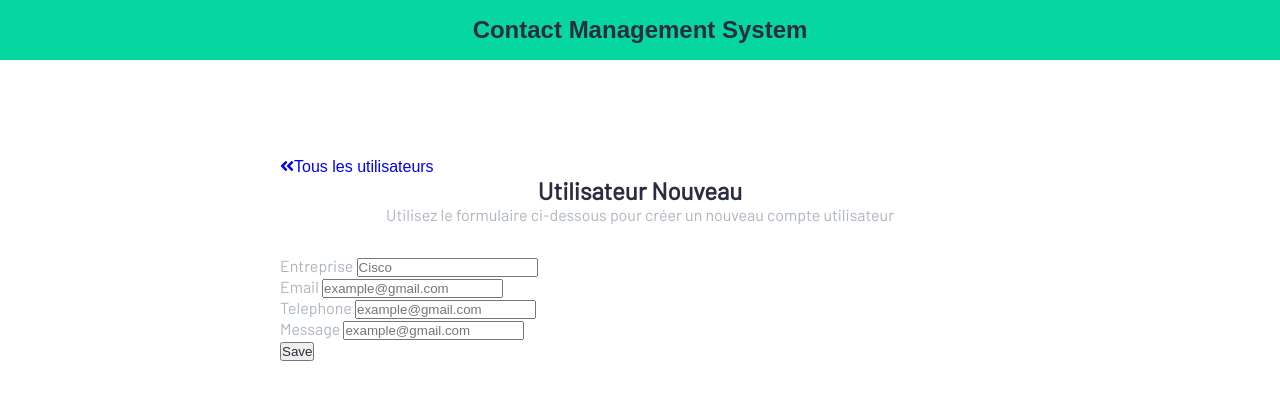
Repository: mohamed-makrani/Global_Development_Service_DBMS
Page: DBMS/views/add_user.html
These files come from the project's save history. The page is drawn as it stood at one moment and after a run of saves; the edit follows.
The browser window is 1280 px wide. The pictures show the whole page.
Some web fonts or font styles are not loaded; a fallback is used.

Above is the page before, as saved 2024-04-22 19:07:21.

### DBMS/views/add_user.html
<!DOCTYPE html>
<html lang="en">
<head>
    <meta charset="UTF-8">
    <meta name="viewport" content="width=device-width, initial-scale=1.0">
    <title>Management System</title>

    <link rel="stylesheet" href="https://cdnjs.cloudflare.com/ajax/libs/font-awesome/5.15.1/css/all.min.css" integrity="sha512-+4zCK9k+qNFUR5X+cKL9EIR+ZOhtIloNl9GIKS57V1MyNsYpYcUrUeQc9vNfzsWfV28IaLL3i96P9sdNyeRssA==" crossorigin="anonymous" />
    <link rel="stylesheet" href="../assets/css/style.css">
</head>
<body>

    <!-- Header -->
        <header id="header">
            <nav>
                <div class="container">
                    <div class="text-center">
                        <a href="/" class="nav-brand text-dark"> Contact Management System </a>
                    </div>
                </div>
            </nav>
        </header>
    <!-- /Header -->
        <!-- Main Site -->
        <main id="site-main">
            <div class="container">
                <div class="box-nav d-flex justify-between">

                    <div class="filter">
                        <a href="/"><i class="fas fa-angle-double-left"></i>Tous les utilisateurs</a>
                    </div>
                </div>

                <div class="form-title text-center">
                    <h2 class="text-dark">Utilisateur Nouveau</h2>
                    <span class="text-light">Utilisez le formulaire ci-dessous pour créer un nouveau compte utilisateur</span>
                </div>

                <!-- form handling -->
                <form method="POST" id="update_user">
                    <div class="new_user">
                        <div class="form-group">
                            <label for="entreprise" class="text-light">Entreprise</label>
                            <input type="hidden" name="id" value="">
                            <input type="text" name="entreprise" value="" placeholder="Cisco">
                        </div>
                        <div class="form-group">
                            <label for="Email" class="text-light">Email</label>
                            <input type="text" name="email" value="" placeholder="example@gmail.com">
                        </div>

                        <div class="form-group">
                            <label for="telephone" class="text-light">Telephone</label>
                            <input type="text" name="telephone" value="" placeholder="example@gmail.com">
                        </div>

                        <div class="form-group">
                            <label for="message" class="text-light">Message</label>
                            <input type="text" name="message" value="" placeholder="example@gmail.com">
                        </div>



                        <div class="form-group">
                            <button type="submit" class="btn text-dark update">Save</button>
                        </div>

                    </div>

                </form>
            </div>
        </main>
    <!-- /Main Site -->

### DBMS/assets/css/style.css
@import url('https://fonts.googleapis.com/css2?family=Barlow&family=PT+Sans&display=swap');

:root {
    --dark: #2b2d42;
    --light: #adb5bd;
    --border: #dee2e6;
    --border-btn: #edf2f4;
}

* {
    padding: 0;
    margin: 0;
    box-sizing: border-box;
}

a {
    text-decoration: none;
    font-family: 'PT Sans', sans-serif;
}

.container {
    max-width: 720px;
    margin: auto;
}

.nav-brand {
    font-size: 1.5em;
    font-weight: bold;
}

.d-flex {
    display: flex;
    flex-wrap: wrap;
}

.justify-between {
    justify-content: space-between;
}

.text-center {
    text-align: center;
}

.border-shadow {
    border: 1px solid var(--border-btn);
    box-shadow: 1px 3px 10px #e9ecef;
}

.text-dark {
    color: var(--dark);
}

.inline {
    display: inline-block;
}

.text-light {
    color: var(--light);
}

.text-gradient {
    background: linear-gradient(to right, #8e2de2, #4a00e0);
    -webkit-background-clip: text;
    background-clip: text;
    -webkit-text-fill-color: transparent;
}

#header nav {
    background-color: #06d6a0;
    padding: 1em 0;
    width: 100%;
}

#site-main {
    margin-top: 6em;
    font-family: 'Barlow', sans-serif;
}

#site-main .container .box-nav > a {
    font-size: 1em;
    padding: .5em 1em;
}

#site-main .container form {
    margin: 2em 0;
}

table {
    border-spacing: 0px;
    width: 100%;
}

.table td,
.table th {
    padding: 1.5em; /* Adjust padding to add space */
    vertical-align: top;
    text-align: center;
    border-top: 1px solid var(--border);
}

.table td > a.btn {
    display: inline-block;
    vertical-align: middle;
    margin-right: 0.2em;
}

.table tr {
    height: 3em;
}

.table tr:hover {
    background-color: #06d6a0;
}

.table tr:hover td > a {
    box-shadow: none;
}

.table .thead-dark th {
    color: #fff;
    background-color: var(--dark);
    border-color: #32383e;
}

@media only screen and (max-width: 1024px) {
    table,
    thead,
    tbody,
    th,
    td,
    tr {
        display: block;
    }

    thead tr {
        position: absolute;
        top: -9999px;
        left: -9999px;
    }

    tr {
        border: 1px solid var(--border);
    }

    td {
        border: none;
        position: relative;
    }
}

After the next 5 saves:
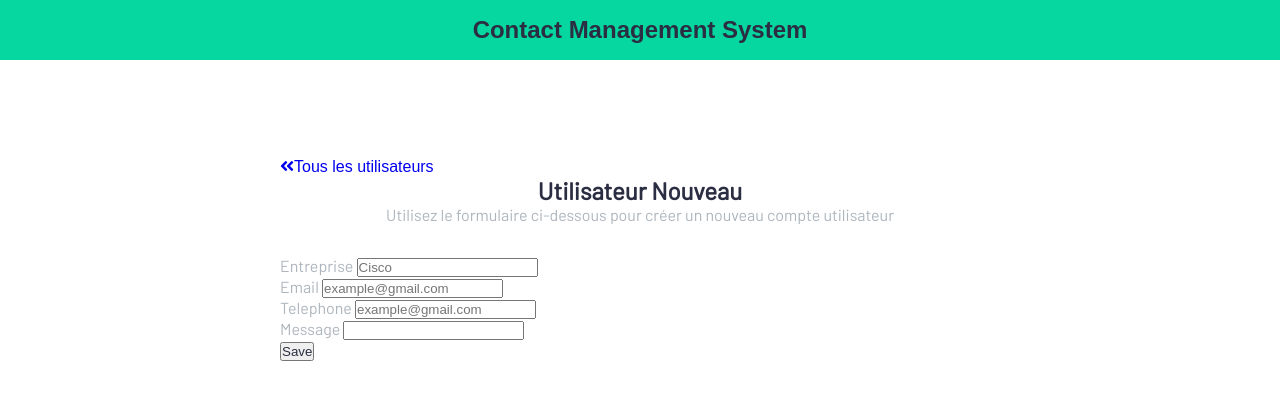
The 5 saves are shown as one change because they came seconds apart.
The last was saved 18 s later.
--- a/DBMS/views/add_user.html
+++ b/DBMS/views/add_user.html
@@ -56,10 +56,8 @@
 
                         <div class="form-group">
                             <label for="message" class="text-light">Message</label>
-                            <input type="text" name="message" value="" placeholder="example@gmail.com">
+                            <input type="text" name="message" value="" >
                         </div>
-
-
 
                         <div class="form-group">
                             <button type="submit" class="btn text-dark update">Save</button>
